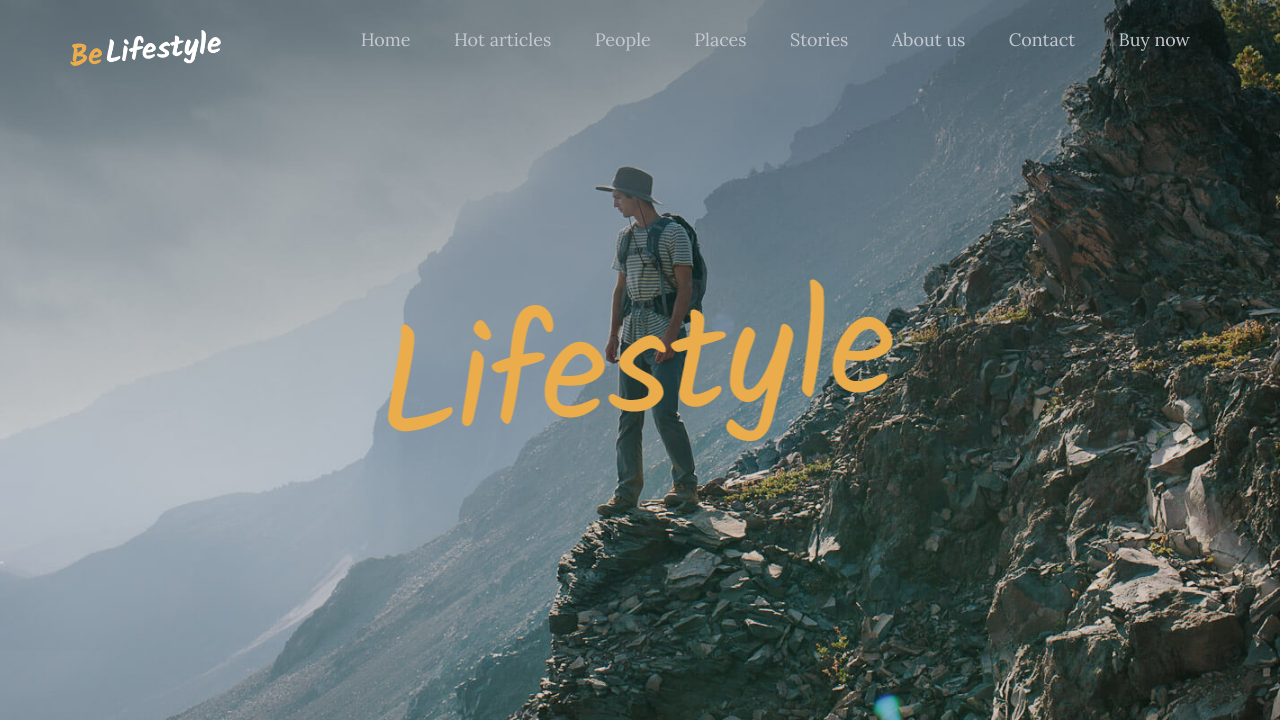
Repository: MalgorzataMazur/BeLife
Page: index.html
These files come from the project's save history. The page is drawn as it stood at one moment and after the next save; the edit follows.
The browser window is 1280 px wide. The pictures show the whole page.

Above is the page before, as saved 2019-10-31 19:05:10.

### index.html
<!DOCTYPE html>
<html lang="en-US">
<head>
    <link rel="stylesheet" href="vendors/css/normalize.css">
    <link rel="stylesheet" href="vendors/css/grid.css">
    <link rel="stylesheet" type="text/css" href="resources/css/style.css">
    <link href="https://fonts.googleapis.com/css?family=Lora:400,400i,700,700i&display=swap" rel="stylesheet">
    <title>BeLifestyle</title>
    <meta charset="UTF-8">
    <meta name="viewport" content="width=device-width, initial-scale=1.0">
    <meta http-equiv="X-UA-Compatible" content="ie=edge">
    <title>Document</title>
</head>
<body>
    <header>
        <nav>
            <div class="row">
                <img src="resources/img/retina-lifestyle.png" alt="BeLifestyle logo" class="logo">
                <ul class="main-nav">
                    <li><a href="/home">Home</a></li>
                    <li><a href="#">Hot articles</a></li>
                    <li><a href="#">People</a></li>
                    <li><a href="#">Places</a></li>
                    <li><a href="#">Stories</a></li>
                    <li><a href="#">About us</a></li>
                    <li><a href="#">Contact</a></li>
                    <li><a href="/buy">Buy now</a></li>

                </ul>

            </div>
        </nav>
        <div class="hero-logo-box">
            <h1><img src="resources/css/img/home_lifestyle_slogan.png"></h1>
        </div>

    </header>




</body>
</html>

### resources/css/style.css
/* ---------BASIC SETUP---------- */
* {
    margin: 0;
    padding: 0;
    box-sizing: border-box;
}

html {
    color: #9d9fa0;
    font-family: "Lora", Arial, Tahoma, sans-serif;
    font-weight: 400;
    font-size: 13px;

}

/* ---------REAUSABLE COMPONENTS---------- */
.row {
    max-width: 1140px;
    margin: 0 auto;
}

/* ---------HEADINGS---------- */
h1 {
    margin: 0;
    position: absolute;
    left: 50%;
    top: 50%;
    transform: translate(-50%,-50%);
    width: 505px;
    height: 162px;

}

/* ---------HEADER---------- */
header {
    background-image:  url(img/home_lifestyle_blog_sectionbg1.jpg);
    background-size: cover;
    background-position: center;
    height: 100vh;
}

.hero-logo-box {
    width: 1140px;
}

.logo {
    height: 36px;
    width: auto;
    margin-top: 30px;
    float: left;

}

.main-nav {
    float: right;
    list-style: none;
    margin-top: 30px;

}
.main-nav li {
    display: inline-block;
    font-size: 138%;
    padding: 0 20px;

}

.main-nav li a:link,
.main-nav li a:visited {
    color: #C6CAD0;
    text-decoration: none;
}

ul li a[href="/home"] {
    color: #ffffff;
    font-weight: 400;

}

ul li a[href="/buy"] {
    color: #f3c070;
}

.main-nav li a:hover,
.main-nav li a:active {
    color: #ffffff;
}

Loaded but not shown: vendors/css/normalize.css (library); vendors/css/grid.css (library)

After the next save:
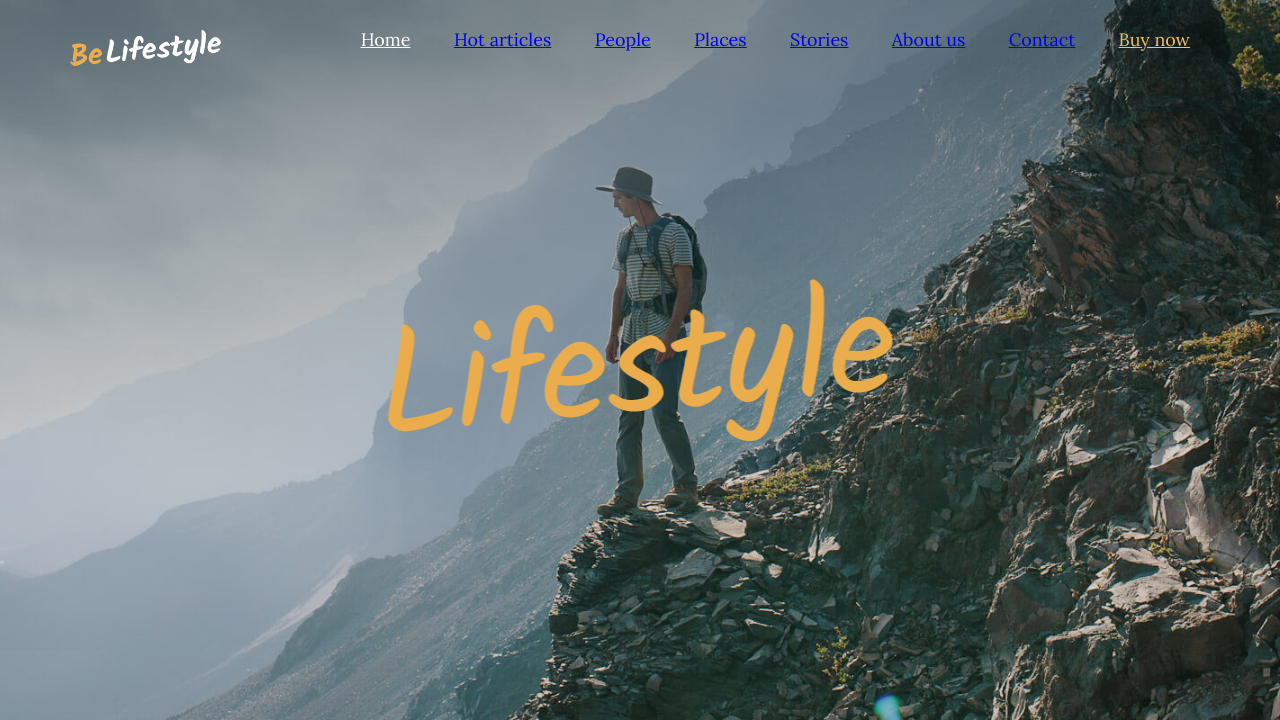
Saved 3 min 2 s later.
--- a/resources/css/style.css
+++ b/resources/css/style.css
@@ -64,7 +64,7 @@
 
 }
 
-.main-nav li a:link,
+.main-nav li:nth-child(3,4,5):link,
 .main-nav li a:visited {
     color: #C6CAD0;
     text-decoration: none;

After the 6 saves that followed:
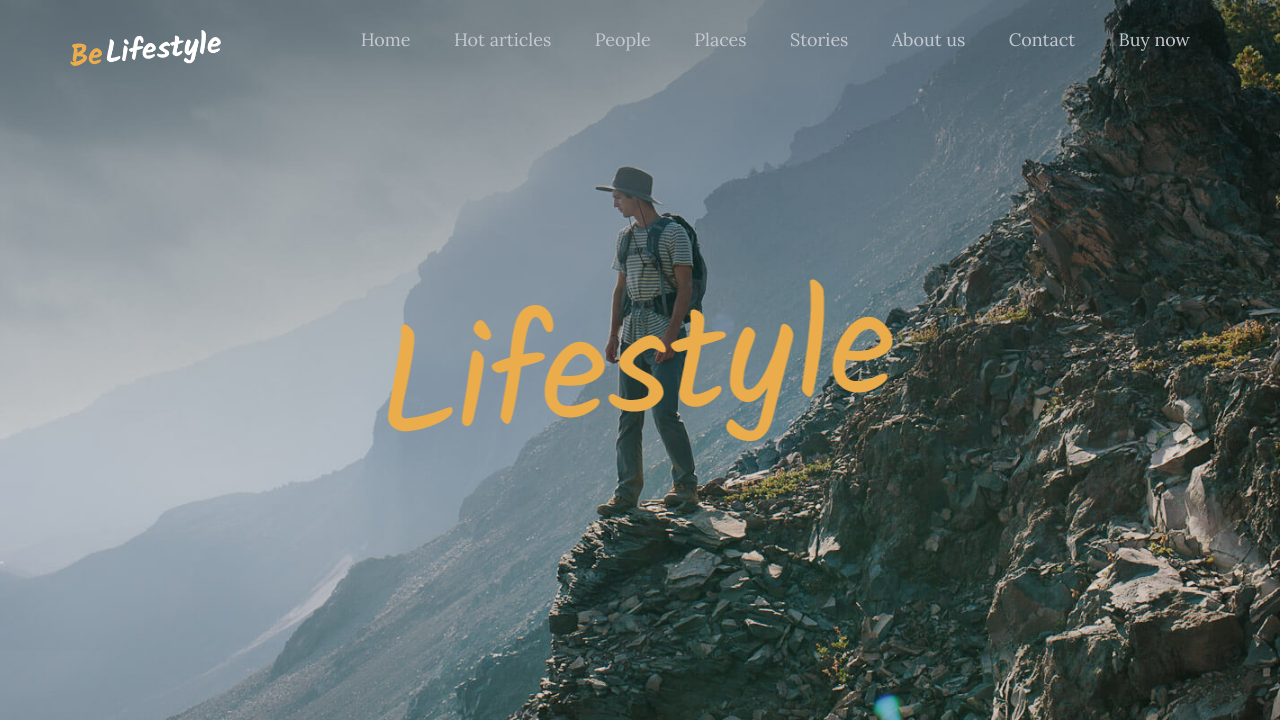
The 6 saves are shown as one change because 5 left the picture as it was.
The last was saved 5 min 10 s later.
--- a/resources/css/style.css
+++ b/resources/css/style.css
@@ -64,7 +64,7 @@
 
 }
 
-.main-nav li:nth-child(3,4,5):link,
+.main-nav li a:link,
 .main-nav li a:visited {
     color: #C6CAD0;
     text-decoration: none;
